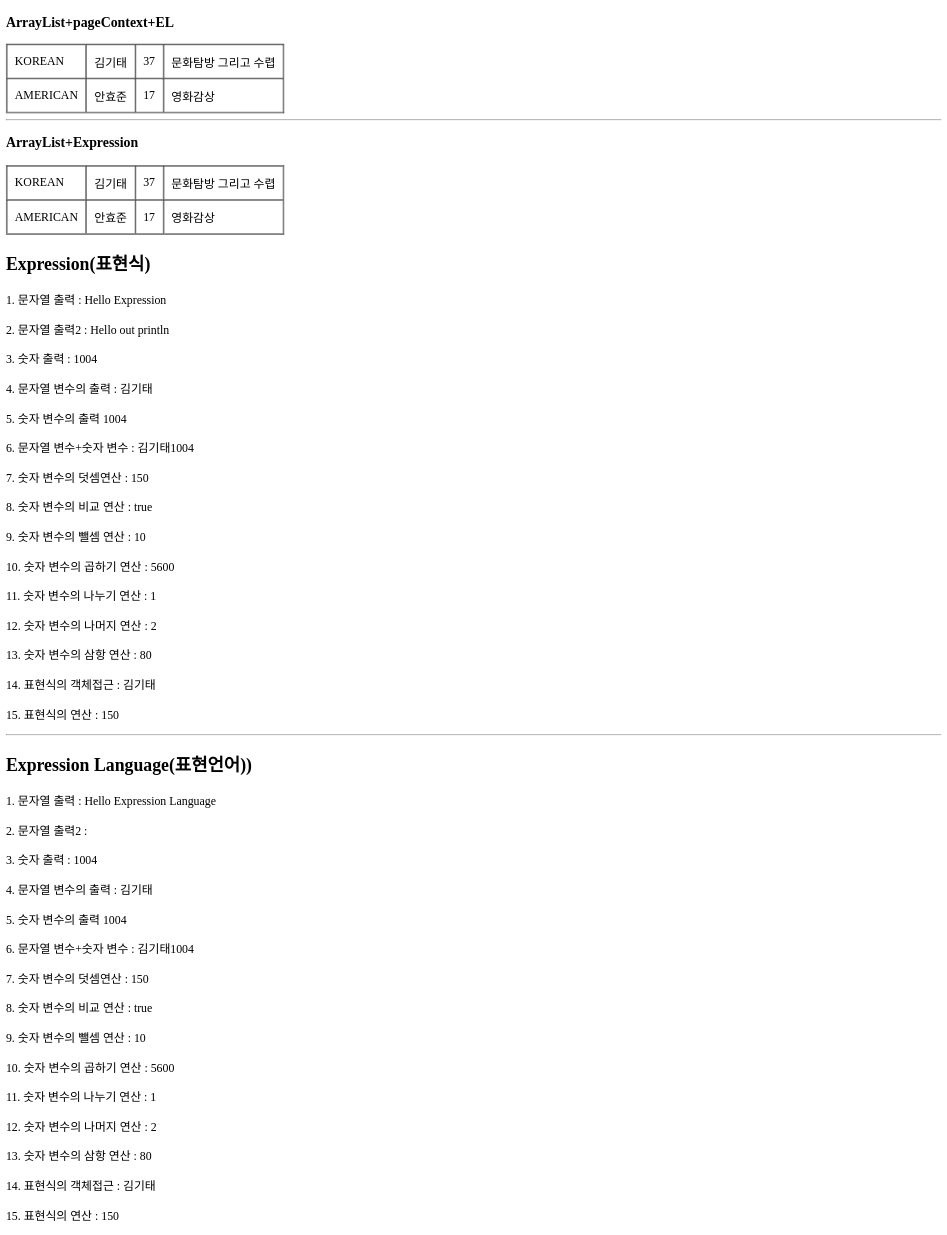
Repository: okgunyang/jsp
Page: http://localhost/practice02/04ExpressionOREL.jsp
These files come from the project's save history. The page is drawn as it stood at one moment and after the next save; the edit follows.
The browser window is 1280 px wide. The pictures show the whole page, at 74% of full size.
The page is served by Tomcat 9. Other server files are loaded and not shown.

Above is the page before, as saved 2022-11-10 03:34:29.

### practice02/WebContent/04ExpressionOREL.jsp
<%@ page language="java" contentType="text/html; charset=UTF-8"
    pageEncoding="UTF-8"%>
<%@ taglib prefix="c" uri="http://java.sun.com/jsp/jstl/core"  %>
<%@ taglib prefix="fmt" uri="http://java.sun.com/jsp/jstl/fmt" %>
<%@ page import="java.util.*, java.lang.*" %>
<%@ page import="java.text.*, java.net.InetAddress" %>
<%@ page import="com.example.*" %>
<%@ include file="common.jsp" %>
<%
	String name = "김기태";
	int num = 1004;
	int num1 = 80, num2 = 70, num3;
	Human h1 = new Human();
	h1.setCountry("KOREAN");
	h1.setName("김기태");
	h1.setAge(37);
	h1.setHobby("문화탐방 그리고 수렵");

	List<Human> hList = new ArrayList<Human>();

	Human h2 = new Human();
	h2.setCountry("AMERICAN");
	h2.setName("안효준");
	h2.setAge(17);
	h2.setHobby("영화감상");

	hList.add(h1);
	hList.add(h2);

	//request.setAttribute("hList", hList);
	//위 내용을 Controller에서 forward 해야함
%>
<!DOCTYPE html>
<html>
<head>
<meta charset="UTF-8">
<title>04Expression OR EL</title>
</head>
<body>
<h3>ArrayList+pageContext+EL</h3>
<table border="1" cellpadding="10" cellspacing="0">
<%
	if(hList != null) {
		for(Human human : hList){
			pageContext.setAttribute("human", human);
%>
		<tr>
			<td>${human.country }</td>
			<td>${human.name }</td>
			<td>${human.age }</td>
			<td>${human.hobby }</td>
		</tr>
<%		}
	}
%>
</table>
<hr>
<h3>ArrayList+Expression</h3>
<table border="1" cellpadding="10" cellspacing="0">
<%
		for(int i=0;i<hList.size();i++){
			Human human = hList.get(i);
%>
		<tr>
			<td><%=human.getCountry() %></td>
			<td><%=human.getName() %></td>
			<td><%=human.getAge() %></td>
			<td><%=human.getHobby() %></td>
		</tr>
<% } %>
</table>
<h2>Expression(표현식)</h2>
<p>1. 문자열 출력 : <%="Hello Expression" %></p>
<p>2. 문자열 출력2 : <% out.println("Hello out println"); %></p>
<p>3. 숫자 출력 : <%=1004 %></p>
<p>4. 문자열 변수의 출력 : <%=name %></p>
<p>5. 숫자 변수의 출력 <%=num %></p>
<p>6. 문자열 변수+숫자 변수 : <%=name+num %></p>
<p>7. 숫자 변수의 덧셈연산 : <%=num1+num2 %></p>
<p>8. 숫자 변수의 비교 연산 : <%=num1>num2 %></p>
<p>9. 숫자 변수의 뺄셈 연산 : <%=num1-num2 %></p>
<p>10. 숫자 변수의 곱하기 연산 : <%=num1*num2 %></p>
<p>11. 숫자 변수의 나누기 연산 : <%=num1/num2 %></p>
<p>12. 숫자 변수의 나머지 연산 : <%=num1%3 %></p>
<p>13. 숫자 변수의 삼항 연산 : <%=num1>num2?num1:num2 %></p>
<p>14. 표현식의 객체접근 : <%=h1.getName() %></p>
<p>15. 표현식의 연산 : <%=num3=num1+num2 %></p>
<hr>
<h2>Expression Language(표현언어))</h2>
<p>1. 문자열 출력 : ${"Hello Expression Language" }</p>
<p>2. 문자열 출력2 : ${out.println("Hello out println") }</p>
<p>3. 숫자 출력 : ${1004 }</p>
<p>4. 문자열 변수의 출력 : <%=name %></p>
<p>5. 숫자 변수의 출력 <%=num %></p>
<p>6. 문자열 변수+숫자 변수 : <%=name+num %></p>
<p>7. 숫자 변수의 덧셈연산 : <%=num1+num2 %></p>
<p>8. 숫자 변수의 비교 연산 : <%=num1>num2 %></p>
<p>9. 숫자 변수의 뺄셈 연산 : <%=num1-num2 %></p>
<p>10. 숫자 변수의 곱하기 연산 : <%=num1*num2 %></p>
<p>11. 숫자 변수의 나누기 연산 : <%=num1/num2 %></p>
<p>12. 숫자 변수의 나머지 연산 : <%=num1%3 %></p>
<p>13. 숫자 변수의 삼항 연산 : <%=num1>num2?num1:num2 %></p>
<p>14. 표현식의 객체접근 : <%=h1.getName() %></p>
<p>15. 표현식의 연산 : <%=num3=num1+num2 %></p>
</body>
</html>

### practice02/WebContent/common.jsp
<%@ page language="java" contentType="text/html; charset=UTF-8"
    pageEncoding="UTF-8"%>
<%
%>

### practice02/src/com/example/Human.java
package com.example;

public class Human {
	private String country;
	private String name;
	private int age;
	private String hobby;
	public String getCountry() {
		return country;
	}
	public void setCountry(String country) {
		this.country = country;
	}
	public String getName() {
		return name;
	}
	public void setName(String name) {
		this.name = name;
	}
	public int getAge() {
		return age;
	}
	public void setAge(int age) {
		this.age = age;
	}
	public String getHobby() {
		return hobby;
	}
	public void setHobby(String hobby) {
		this.hobby = hobby;
	}
}

After the next save:
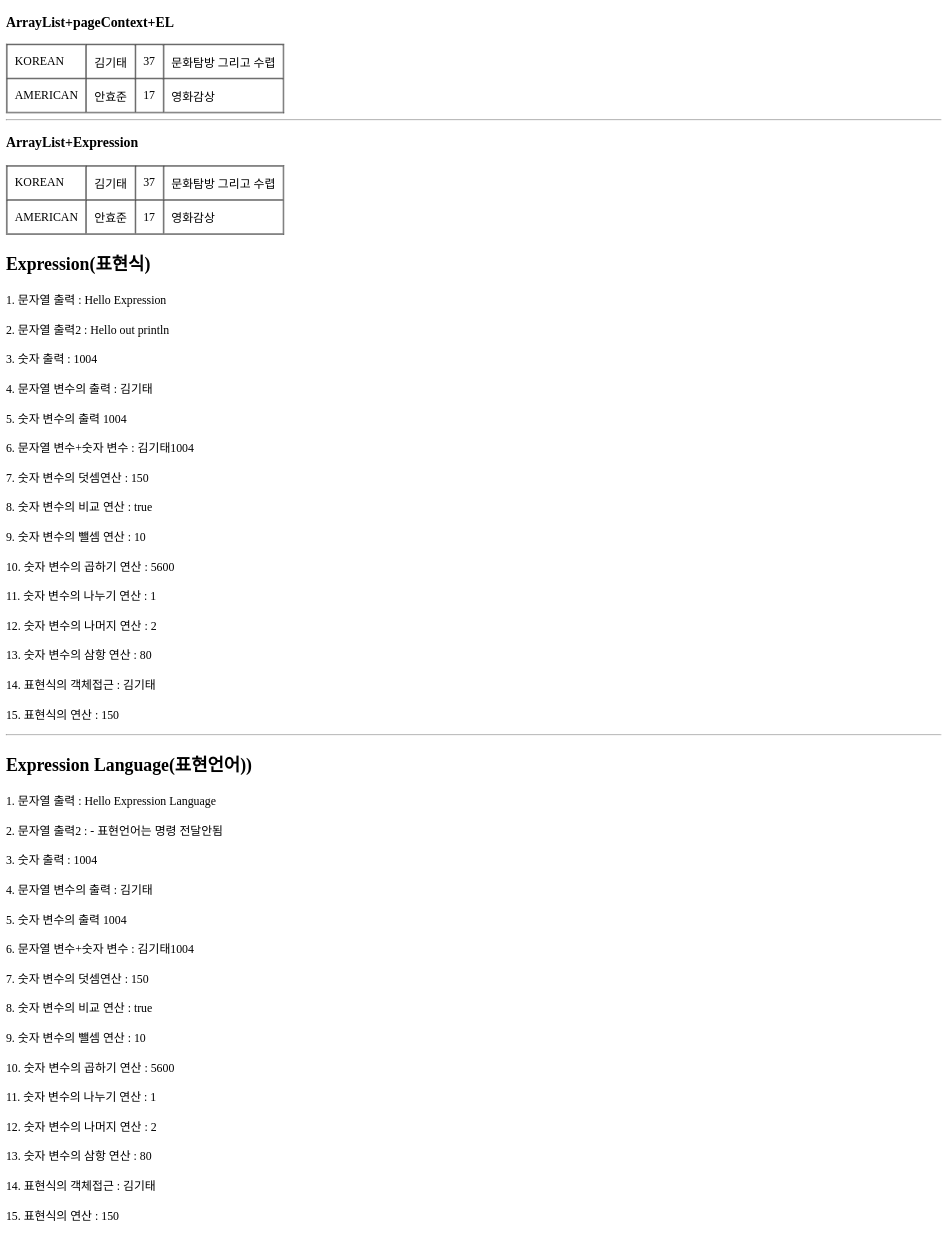
Saved 34 s later.
--- a/practice02/WebContent/04ExpressionOREL.jsp
+++ b/practice02/WebContent/04ExpressionOREL.jsp
@@ -88,7 +88,7 @@
 <hr>
 <h2>Expression Language(표현언어))</h2>
 <p>1. 문자열 출력 : ${"Hello Expression Language" }</p>
-<p>2. 문자열 출력2 : ${out.println("Hello out println") }</p>
+<p>2. 문자열 출력2 : ${out.println("Hello out println") } - 표현언어는 명령 전달안됨</p>
 <p>3. 숫자 출력 : ${1004 }</p>
 <p>4. 문자열 변수의 출력 : <%=name %></p>
 <p>5. 숫자 변수의 출력 <%=num %></p>
